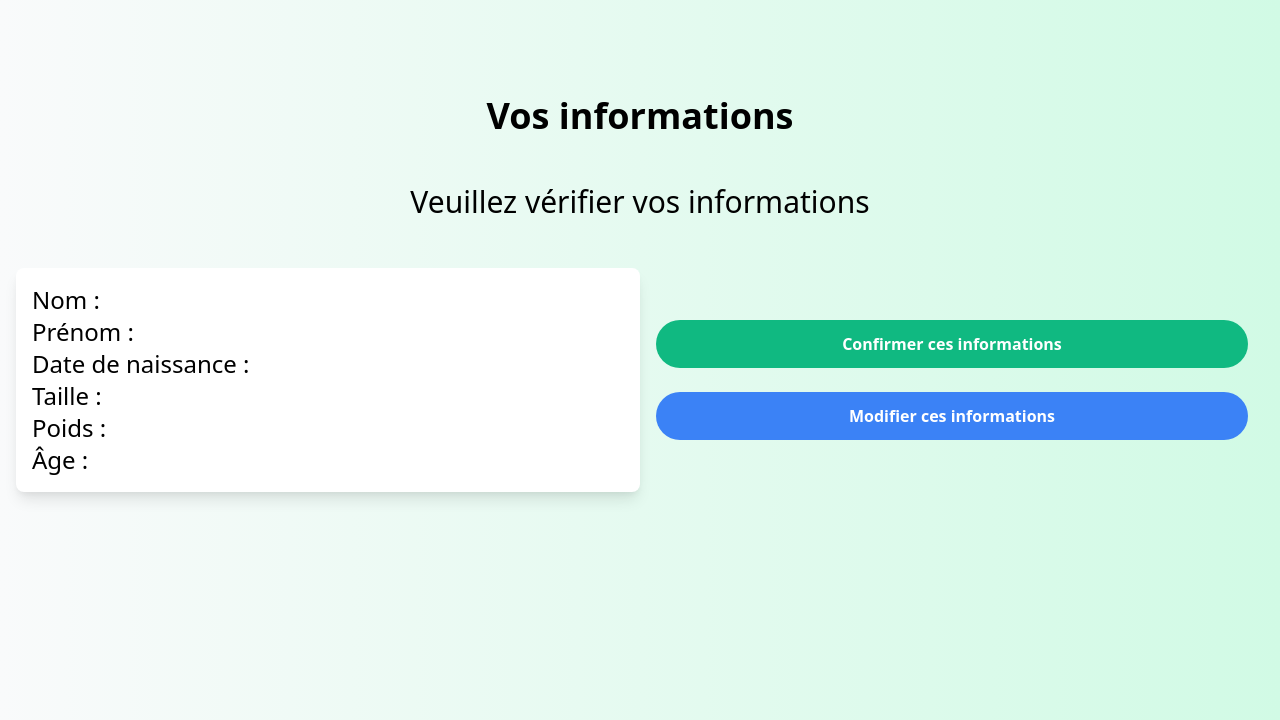
Repository: Ptitlu42/WorkShop2024-2025
Page: informations.html
An editor plug-in stored every save of this project. The page is shown before and after a run of saves, followed by the edit.
The browser window is 1280 px wide. The pictures show the whole page.

Above is the page before, as saved 2024-10-07 14:53:47.

### informations.html
<!DOCTYPE html>
<html class="scroll-smooth">
	<head>
		<title>Borne</title>
		<meta charset="utf-8">
		<link href="https://unpkg.com/tailwindcss@^2/dist/tailwind.min.css" rel="stylesheet">
		<link rel="stylesheet" href="main.css">
        <script src="main.js"></script>
	</head>
	<body class="bg-gradient-to-r from-gray-50 to-green-100">
    <div class="container mx-auto p-4 pt-24">
      <h2 class="text-4xl text-center font-bold">Vos informations</h2>
      <p class="text-3xl text-center pt-12">Veuillez vérifier vos informations</p>
      <div class="flex flex-col sm:flex-row justify-center items-center mt-12">
        <div class="flex flex-col w-full sm:w-1/2 p-4 bg-white rounded-lg shadow-lg">
          <p class="text-2xl">Nom : <span id="nom" class="text-2xl font-normal"></span></p>
          <p class="text-2xl">Prénom : <span id="prenom" class="text-2xl font-normal"></span></p>
          <p class="text-2xl">Date de naissance : <span id="dateNaissance" class="text-2xl font-normal"></span></p>
          <p class="text-2xl">Taille : <span id="taille" class="text-2xl font-normal"></span></p>
          <p class="text-2xl">Poids : <span id="poids" class="text-2xl font-normal"></span></p>
          <p class="text-2xl">Âge : <span id="age" class="text-2xl font-normal"></span></p>
        </div>
        <div class="flex flex-col w-full sm:w-1/2 p-4">
          <button class="bg-green-500 hover:bg-green-700 text-white font-bold py-3 px-6 rounded-full" id="confirmer">Confirmer ces informations</button>
          <button class="bg-blue-500 hover:bg-blue-700 text-white font-bold py-3 px-6 rounded-full mt-6" id="modifier">Modifier ces informations</button>
        </div>
      </div>
    </div>
  </body>

### main.js
  function redirect() {
    window.location.href = "informations.html";
  }

### informations.json
{
    "nom": "John Doe",
    "prenom": "John",
    "dateNaissance": "1990-01-01",
    "taille": "180 cm",
    "poids": "70 kg",
    "age": "32 ans"
  }

Loaded but not shown: main.css (no stored copy; drawn as an empty file)

After the next 2 saves:
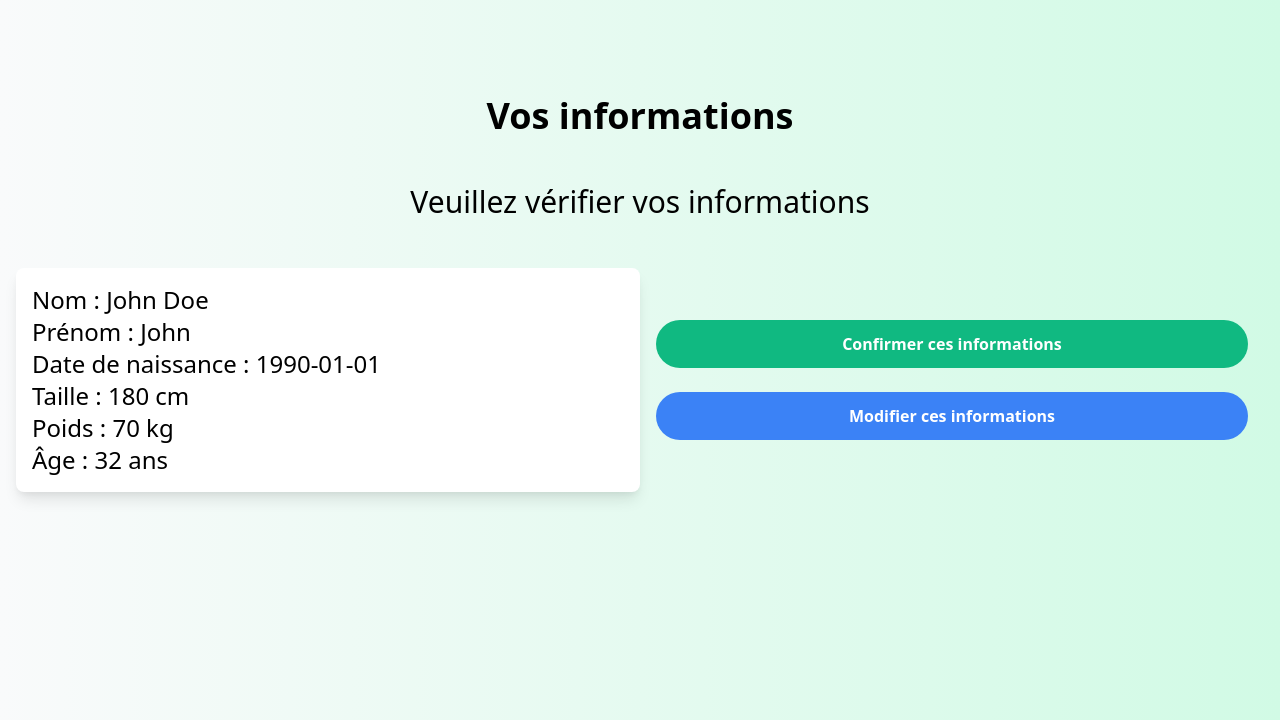
The 2 saves are shown as one change because they came seconds apart.
The last was saved 20 s later.
--- a/main.js
+++ b/main.js
@@ -1,3 +1,14 @@
-  function redirect() {
-    window.location.href = "informations.html";
-  }
+function redirect() {
+window.location.href = "informations.html";
+}
+
+fetch('informations.json')
+  .then(response => response.json())
+  .then(data => {
+    document.getElementById('nom').innerHTML = data.nom;
+    document.getElementById('prenom').innerHTML = data.prenom;
+    document.getElementById('dateNaissance').innerHTML = data.dateNaissance;
+    document.getElementById('taille').innerHTML = data.taille;
+    document.getElementById('poids').innerHTML = data.poids;
+    document.getElementById('age').innerHTML = data.age;
+  });
